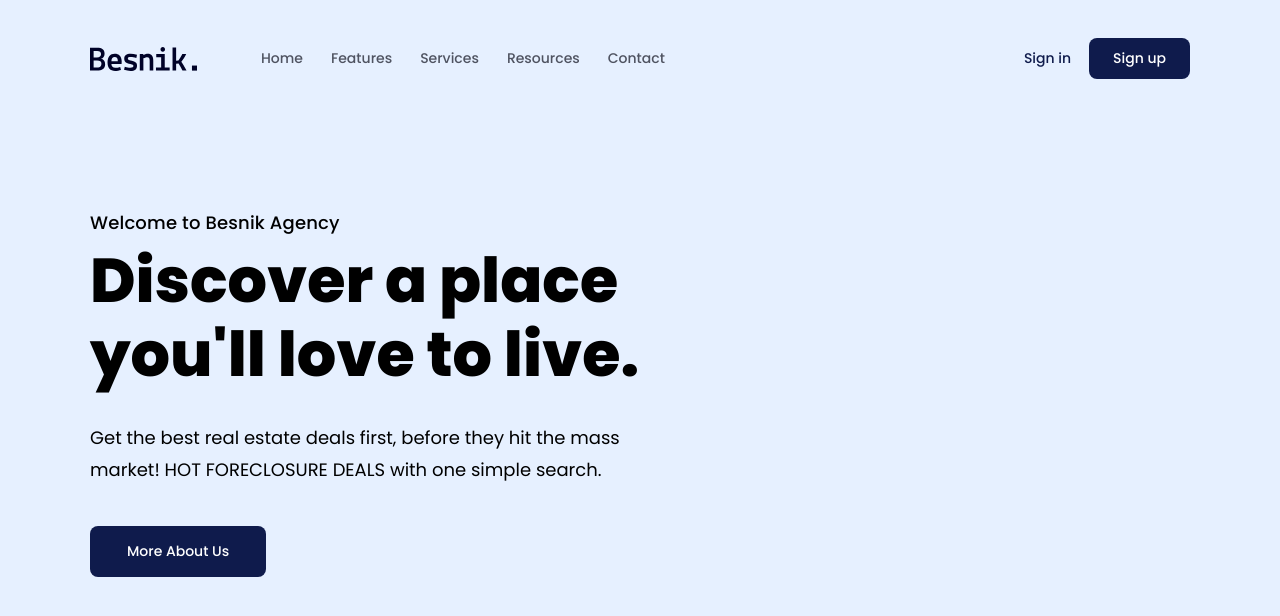
Repository: ducvui2003/f8-project-01
Page: index.html
These files come from the project's save history. The page is drawn as it stood at one moment and after the next save; the edit follows.
The browser window is 1280 px wide. The pictures show the whole page.

Above is the page before, as saved 2023-06-16 19:49:02.

### index.html
<!DOCTYPE html>
<html lang="en">

<head>
    <meta charset="UTF-8">
    <meta name="viewport" content="width=device-width, initial-scale=1.0">
    <title>f8-procject-01</title>

    <link rel="stylesheet" href="./asset/css/reset.css">
    <link rel="stylesheet" href="./asset/font/stylesheet.css">
    <link rel="stylesheet" href="./asset/css/styles.css">
</head>

<body>
    <main>
        <!-- Header -->
        <header class="header">
            <div class="content">
                <!--  -->
                <nav class="nav">
                    <!-- Logo -->
                    <img src="./asset/img/logo.svg" alt="">

                    <!-- Navigation -->
                    <ul>
                        <li><a href="">Home</a></li>
                        <li><a href="">Features</a></li>
                        <li><a href="">Services</a></li>
                        <li><a href="">Resources</a></li>
                        <li><a href="">Contact</a></li>
                    </ul>

                    <!-- Action -->
                    <div class="actions">
                        <a href="#!" class="action-link">Sign in</a>
                        <a href="#!" class="btn action-btn">Sign up</a>
                    </div>
                </nav>
                <div class="hero">
                    <div class="info">
                        <p class="sub-title">Welcome to Besnik Agency</p>
                        <h1 class="title">Discover a place
                            you'll love to live.</h1>
                        <p class="desc">Get the best real estate deals first,
                            before they hit the mass market! HOT FORECLOSURE DEALS with one simple
                            search.</p>
                        <!-- cta = call to action -->
                        <a href="#!" class="btn hero-cta">More About Us</a>
                    </div>
                </div>
            </div>
        </header>

    </main>
</body>

</main>

</html>

### asset/font/stylesheet.css
/* =======Poppins font=========== */
@font-face {
  font-family: "Poppins";
  src: url("Poppins/Poppins-Black.woff2") format("woff2"),
    url("Poppins/Poppins-Black.woff") format("woff");
  font-weight: 900;
  font-style: normal;
  font-display: swap;
}

@font-face {
  font-family: "Poppins";
  src: url("Poppins/Poppins-BlackItalic.woff2") format("woff2"),
    url("Poppins/Poppins-BlackItalic.woff") format("woff");
  font-weight: 900;
  font-style: italic;
  font-display: swap;
}

@font-face {
  font-family: "Poppins";
  src: url("Poppins/Poppins-Bold.woff2") format("woff2"),
    url("Poppins/Poppins-Bold.woff") format("woff");
  font-weight: bold;
  font-style: normal;
  font-display: swap;
}

@font-face {
  font-family: "Poppins";
  src: url("Poppins/Poppins-BoldItalic.woff2") format("woff2"),
    url("Poppins/Poppins-BoldItalic.woff") format("woff");
  font-weight: bold;
  font-style: italic;
  font-display: swap;
}

@font-face {
  font-family: "Poppins";
  src: url("Poppins/Poppins-ExtraBold.woff2") format("woff2"),
    url("Poppins/Poppins-ExtraBold.woff") format("woff");
  font-weight: bold;
  font-style: normal;
  font-display: swap;
}

@font-face {
  font-family: "Poppins";
  src: url("Poppins/Poppins-ExtraBoldItalic.woff2") format("woff2"),
    url("Poppins/Poppins-ExtraBoldItalic.woff") format("woff");
  font-weight: bold;
  font-style: italic;
  font-display: swap;
}

@font-face {
  font-family: "Poppins";
  src: url("Poppins/Poppins-ExtraLight.woff2") format("woff2"),
    url("Poppins/Poppins-ExtraLight.woff") format("woff");
  font-weight: 200;
  font-style: normal;
  font-display: swap;
}

@font-face {
  font-family: "Poppins";
  src: url("Poppins/Poppins-ExtraLightItalic.woff2") format("woff2"),
    url("Poppins/Poppins-ExtraLightItalic.woff") format("woff");
  font-weight: 200;
  font-style: italic;
  font-display: swap;
}

@font-face {
  font-family: "Poppins";
  src: url("Poppins/Poppins-Italic.woff2") format("woff2"),
    url("Poppins/Poppins-Italic.woff") format("woff");
  font-weight: normal;
  font-style: italic;
  font-display: swap;
}

@font-face {
  font-family: "Poppins";
  src: url("Poppins/Poppins-Light.woff2") format("woff2"),
    url("Poppins/Poppins-Light.woff") format("woff");
  font-weight: 300;
  font-style: normal;
  font-display: swap;
}

@font-face {
  font-family: "Poppins";
  src: url("Poppins/Poppins-LightItalic.woff2") format("woff2"),
    url("Poppins/Poppins-LightItalic.woff") format("woff");
  font-weight: 300;
  font-style: italic;
  font-display: swap;
}

@font-face {
  font-family: "Poppins";
  src: url("Poppins/Poppins-Medium.woff2") format("woff2"),
    url("Poppins/Poppins-Medium.woff") format("woff");
  font-weight: 500;
  font-style: normal;
  font-display: swap;
}

@font-face {
  font-family: "Poppins";
  src: url("Poppins/Poppins-MediumItalic.woff2") format("woff2"),
    url("Poppins/Poppins-MediumItalic.woff") format("woff");
  font-weight: 500;
  font-style: italic;
  font-display: swap;
}

@font-face {
  font-family: "Poppins";
  src: url("Poppins/Poppins-SemiBold.woff2") format("woff2"),
    url("Poppins/Poppins-SemiBold.woff") format("woff");
  font-weight: 600;
  font-style: normal;
  font-display: swap;
}

@font-face {
  font-family: "Poppins";
  src: url("Poppins/Poppins-Regular.woff2") format("woff2"),
    url("Poppins/Poppins-Regular.woff") format("woff");
  font-weight: normal;
  font-style: normal;
  font-display: swap;
}

@font-face {
  font-family: "Poppins";
  src: url("Poppins/Poppins-SemiBoldItalic.woff2") format("woff2"),
    url("Poppins/Poppins-SemiBoldItalic.woff") format("woff");
  font-weight: 600;
  font-style: italic;
  font-display: swap;
}

@font-face {
  font-family: "Poppins";
  src: url("Poppins/Poppins-Thin.woff2") format("woff2"),
    url("Poppins/Poppins-Thin.woff") format("woff");
  font-weight: 100;
  font-style: normal;
  font-display: swap;
}

@font-face {
  font-family: "Poppins";
  src: url("Poppins/Poppins-ThinItalic.woff2") format("woff2"),
    url("Poppins/Poppins-ThinItalic.woff") format("woff");
  font-weight: 100;
  font-style: italic;
  font-display: swap;
}

### asset/css/styles.css
* {
  box-sizing: border-box;
}
html {
  font-size: 62.5%;
}
body {
  font-size: 1.6rem;
  font-family: "Poppins";
}
:root {
  --primary-color: #0f1b4c;
}
/* Common */
a {
  text-decoration: none;
}
.content {
  width: 1100px;
  max-width: calc(100% - 48px);
  margin-left: auto;
  margin-right: auto;
}

.btn {
  min-width: 98px;
  background-color: var(--primary-color);
  border-radius: 0.8rem;
  padding: 10px 24px;
  color: white;
  font-style: normal;
  font-weight: 500;
  font-size: 1.4rem;
  line-height: 2.1rem;
  display: inline-block;
}
.btn:hover {
  opacity: 0.9;
}
/* Header */
.header {
  height: 100vh;
  background-color: #e6f0ff;
}

.header .nav {
  display: flex;
  align-items: center;
  padding-top: 38px;
}
.header .nav ul {
  margin-left: 50px;
  margin-right: auto;

  display: flex;
  justify-content: space-between;
}

.header .nav ul a {
  color: #4f5361;
  padding: 8px 14px;
  /* Padding in tag inline block  */
}
.header .nav ul a:hover {
  text-decoration: underline;
}
.header .nav a {
  font-weight: 500;
  font-size: 1.4rem;
  line-height: 2.1rem;
}
.header .nav .actions {
  display: flex;
  justify-content: center;
  align-items: center;
  gap: 1.8rem;
}
.header .nav .action-link {
  color: var(--primary-color);
}
.hero {
  margin-top: 130px;
}
.hero .info {
  width: 51%;
}
.hero .sub-title {
  font-style: normal;
  font-weight: 500;
  font-size: 1.8rem;
  line-height: 1.5;
  letter-spacing: 0.01em;
}

.hero .title {
  font-style: normal;
  font-weight: 700;
  font-size: 6.2rem;
  line-height: 1.19;
  margin-top: 8px;
  margin-bottom: 30px;
}
.hero .desc {
  font-style: normal;
  font-weight: 400;
  font-size: 1.8rem;
  line-height: 1.78;
}
.hero .btn {
  margin-top: 40px;
  padding: 15px 37px;
}

Loaded but not shown: asset/css/reset.css (common file)

After the next save:
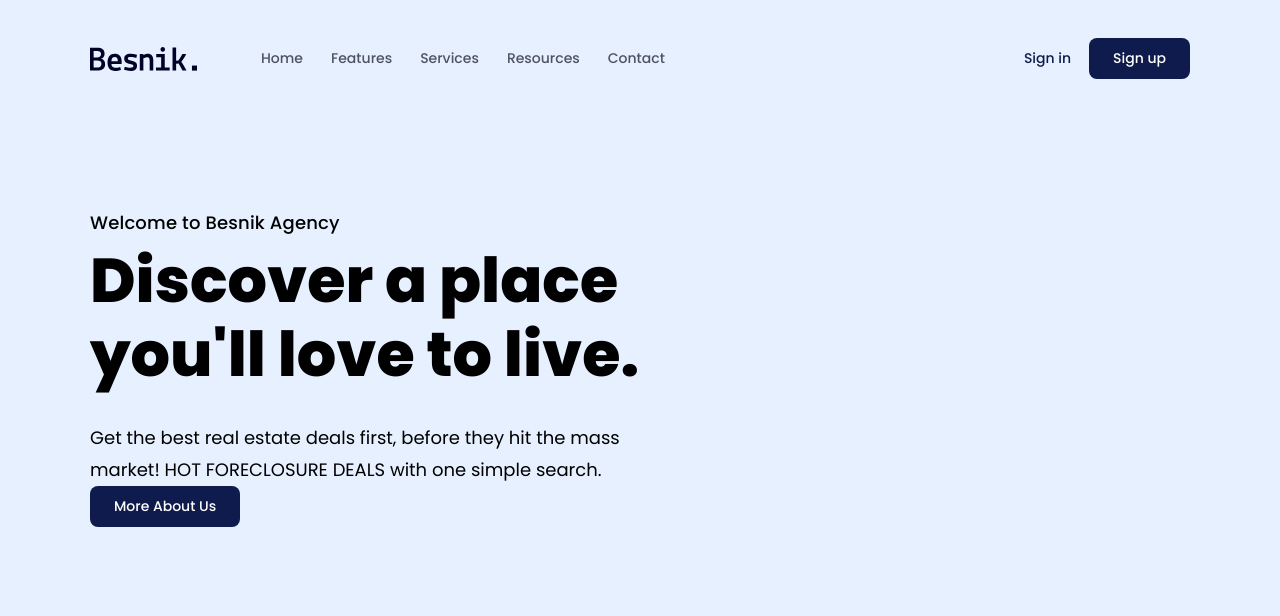
Saved 6 s later.
--- a/asset/css/styles.css
+++ b/asset/css/styles.css
@@ -106,7 +106,7 @@
   font-size: 1.8rem;
   line-height: 1.78;
 }
-.hero .btn {
+.hero .btn-cta {
   margin-top: 40px;
   padding: 15px 37px;
 }
